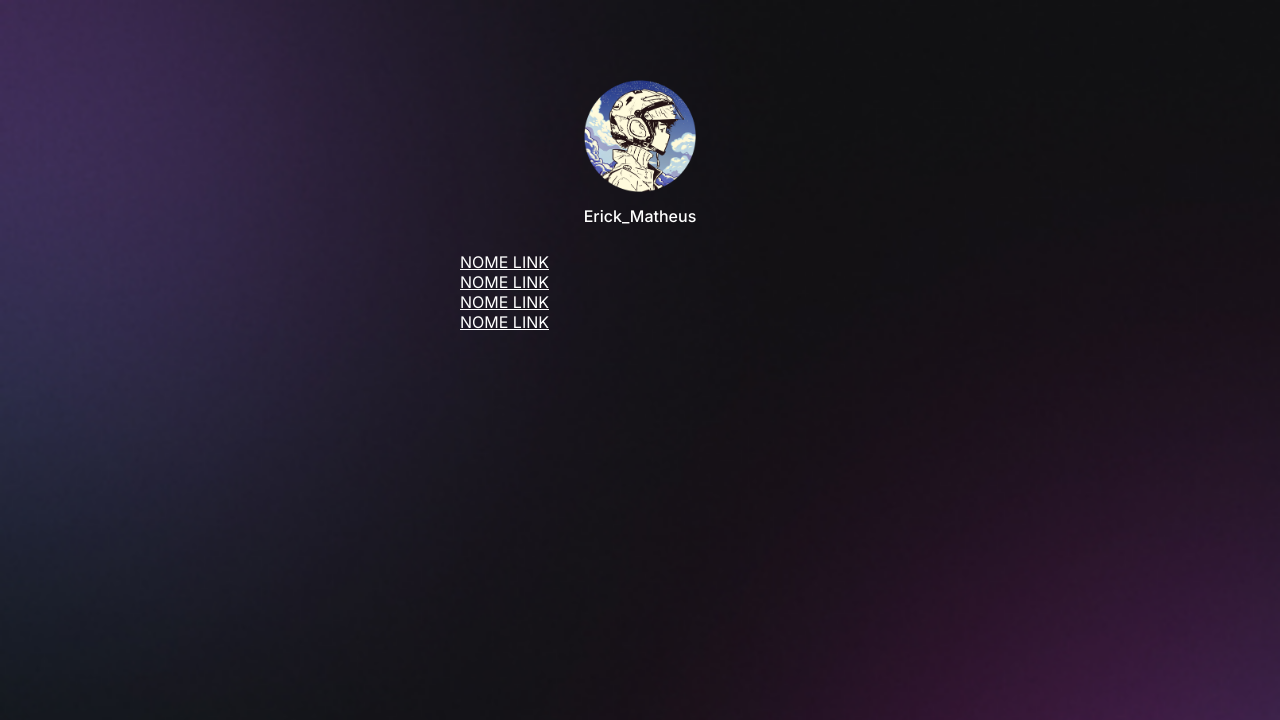
Repository: e-rickmatheus/project_dev_links
Page: index.html
These files come from the project's save history. The page is drawn as it stood at one moment and after a run of saves; the edit follows.
The browser window is 1280 px wide. The pictures show the whole page.

Above is the page before, as saved 2025-04-02 20:37:36.

After the next 4 saves:
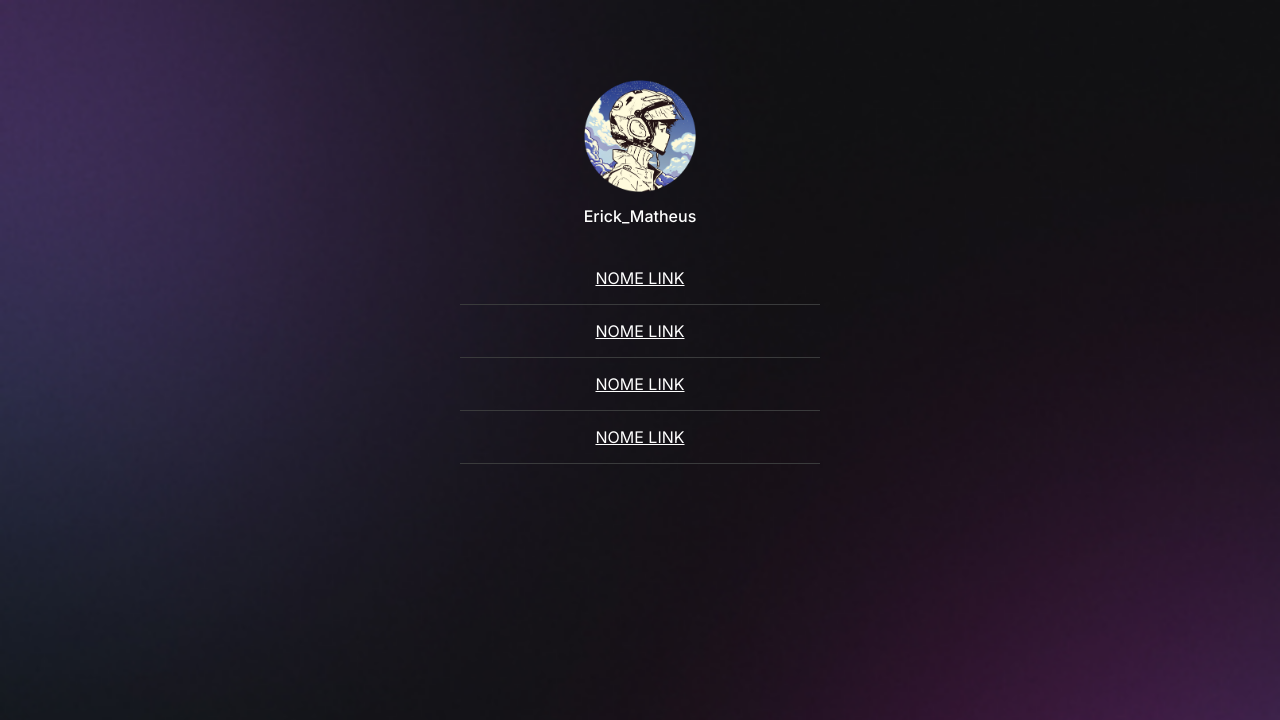
The 4 saves are shown as one change because they came seconds apart.
The last was saved 16 s later.
--- a/style.css
+++ b/style.css
@@ -50,6 +50,12 @@
 /*links*/
 ul {
   list-style: none;
-  padding: 0;
-  margin: 0;
 }
+
+li {
+  display: flex;
+  align-items: center;
+  justify-content: center;
+  padding: 16px 0px;
+  border-bottom: 1px solid #3A3B3C;
+}

After the save that followed:
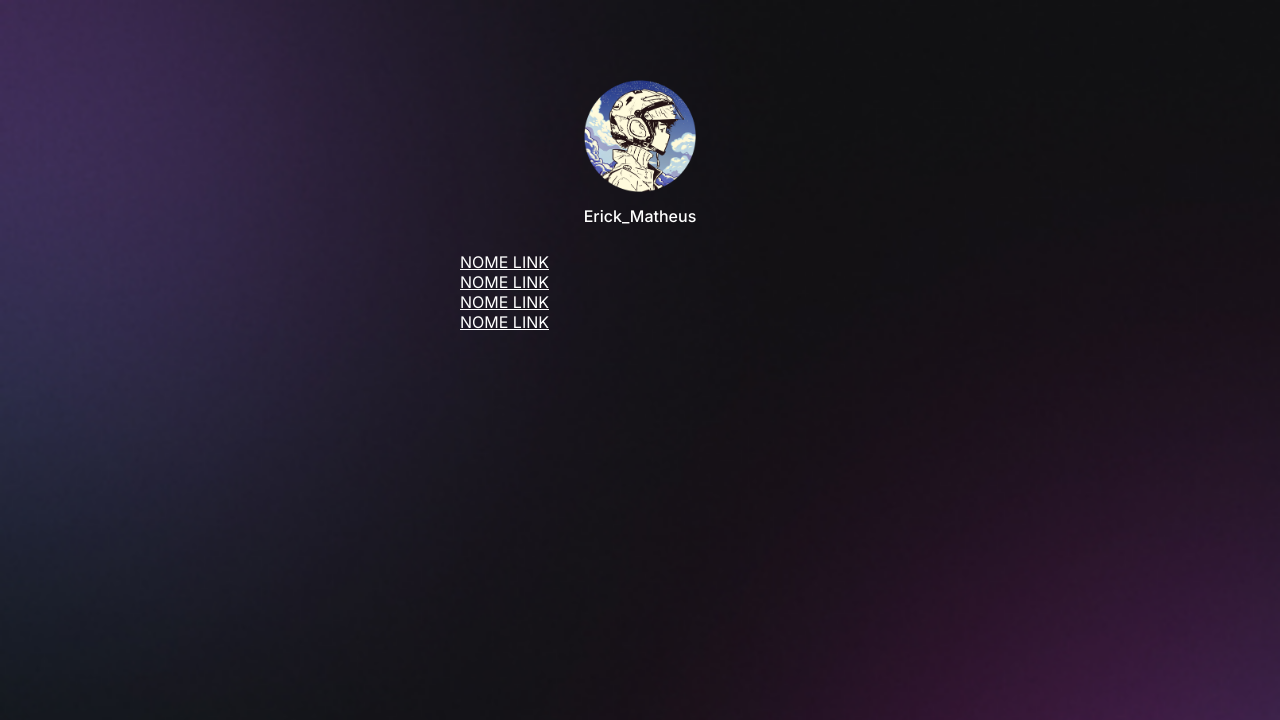
Saved 5 s later.
--- a/style.css
+++ b/style.css
@@ -53,9 +53,5 @@
 }
 
 li {
-  display: flex;
-  align-items: center;
-  justify-content: center;
-  padding: 16px 0px;
-  border-bottom: 1px solid #3A3B3C;
+  s
 }
